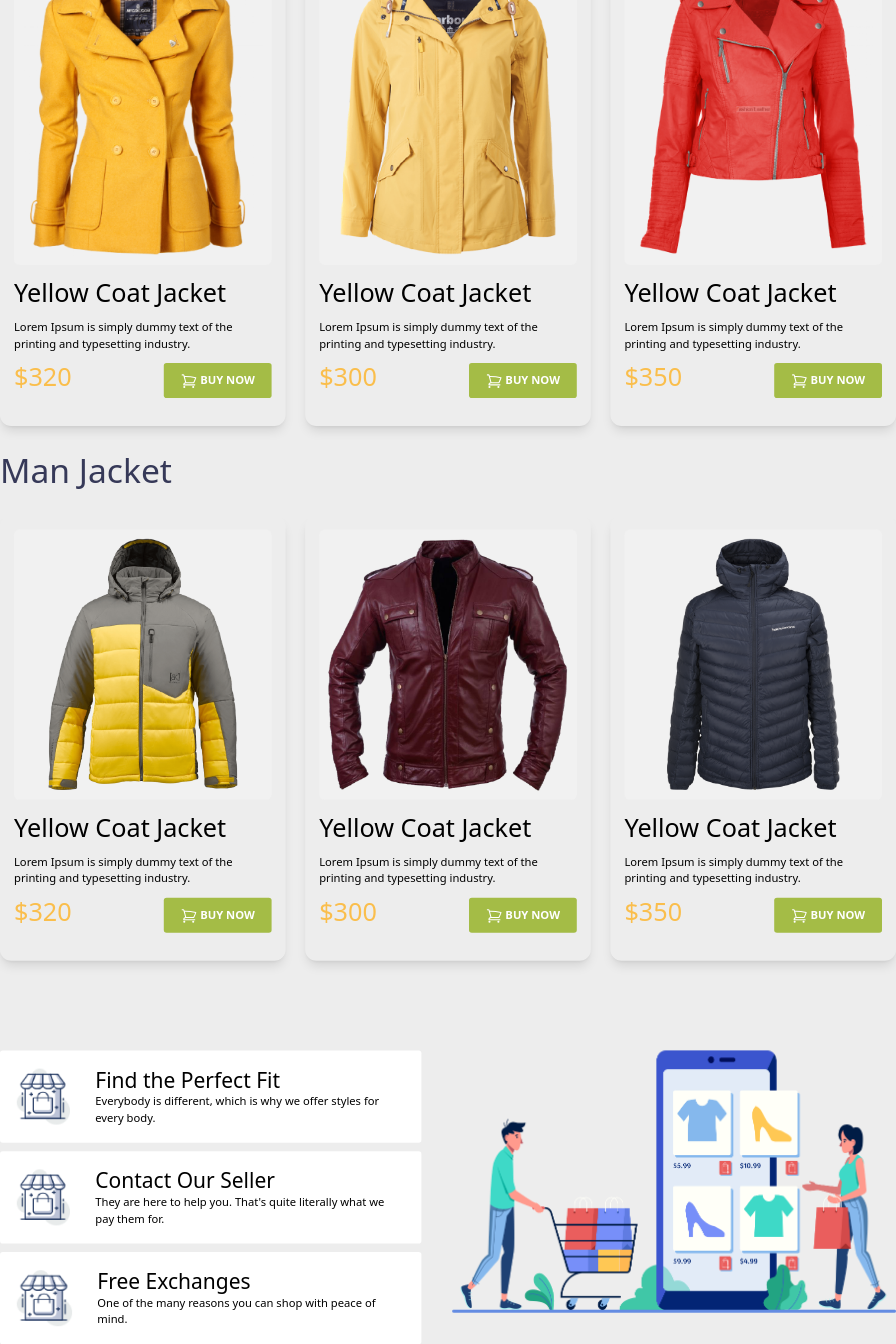
Repository: zjria/penguin-e-commerce-fashion
Page: index.html
These files come from the project's save history. The page is drawn as it stood at one moment and after the next save; the edit follows.
The browser window is 1280 px wide. The pictures show the part of the page from y = 982 to 2902 px (the page is 2902 px tall), at 70% of full size.
Some web libraries are served in a nearby version.

Above is the page before, as saved 2022-10-07 10:12:35.

### index.html
<!DOCTYPE html>
<html lang="en">

<head>
    <meta charset="UTF-8">
    <meta http-equiv="X-UA-Compatible" content="IE=edge">
    <meta name="viewport" content="width=device-width, initial-scale=1.0">
    <title>Penguin E-commerce</title>
    <!-- Google Fonts Link -->
    <link rel="preconnect" href="https://fonts.googleapis.com">
    <link rel="preconnect" href="https://fonts.gstatic.com" crossorigin>
    <link href="https://fonts.googleapis.com/css2?family=Bebas+Neue&family=Roboto:wght@100;300;400;500&display=swap"
        rel="stylesheet">

    <!-- Tailwind CSS CDN link -->
    <script src="https://cdn.tailwindcss.com"></script>
    <script>
        tailwind.config = {
            theme: {
                extend: {
                    colors: {
                        clifford: '#da373d',
                        header_bg: '#FFFBF0',
                        main_text_color: '#363958',
                        price_color: '#FABE4C',
                        card_bg: '#F1F1F1',
                        full_card_bg: '#FFFFFF',
                        main_color: '#EDEDED'
                    }
                }
            }
        }
    </script>
</head>

<body>
    <h2 class="bg-purple-300 text-center font-header_text">Do selfless favor to people</h2>


    <!-- Header Section -->
    <header class="bg-header_bg pb-32 pt-24">
        <section class="container mx-auto uppercase sm:flex items-center justify-around">
            <div class="space-y-3">
                <h1 class="text-2xl sm:text-5xl font-bold font-header_text">
                    <span class="text-yellow-400">Be the Penguins</span> <br>
                    <span class="text-slate-600">of Winter</span>
                </h1>
                <p class="font-anther_text">Lorem Ipsum is simply dummy text of the printing
                    and typesetting industry.</p>
                <button class="uppercase bg-[#A4BC46] py-3 px-6 text-white font-semibold rounded font-anther_text"> <svg
                        xmlns="http://www.w3.org/2000/svg" fill="none" viewBox="0 0 24 24" stroke-width="1.5"
                        stroke="currentColor" class="w-6 h-6 inline text-white">
                        <path stroke-linecap="round" stroke-linejoin="round"
                            d="M2.25 3h1.386c.51 0 .955.343 1.087.835l.383 1.437M7.5 14.25a3 3 0 00-3 3h15.75m-12.75-3h11.218c1.121-2.3 2.1-4.684 2.924-7.138a60.114 60.114 0 00-16.536-1.84M7.5 14.25L5.106 5.272M6 20.25a.75.75 0 11-1.5 0 .75.75 0 011.5 0zm12.75 0a.75.75 0 11-1.5 0 .75.75 0 011.5 0z" />
                    </svg>
                    Buy Now</button>
            </div>
            <div class="pt-8 sm:pt-8">
                <img class=" w-1/2 sm:w-full" src="images/model.png" alt="">
            </div>
        </section>
    </header>

    <!-- Main Section Start -->
    <main class="bg-main_color">
        <!-- Woman Jacket -->
        <section class="container mx-auto">
            <h2 class="text-5xl my-10 text-main_text_color font-header_text">Woman Jacket</h2>
            <div class="grid md:grid-cols-2 lg:grid-cols-3 gap-7">
                <div class="full_card_bg ">
                    <div class="rounded-2xl shadow-lg p-5">
                        <div class="p-3 bg-card_bg rounded-lg">
                            <img src="images/jacket-1.png" alt="">
                        </div>
                        <div class="py-3">
                            <h3 class="text-4xl py-2">Yellow Coat Jacket</h3>
                            <p class="py-2">Lorem Ipsum is simply dummy text of the
                                printing and typesetting industry.</p>
                            <div class="flex justify-between py-2">
                                <h3 class="text-4xl text-price_color">$320</h3>
                                <button
                                    class="uppercase bg-[#A4BC46] py-3 px-6 text-white font-semibold rounded font-anther_text">
                                    <svg xmlns="http://www.w3.org/2000/svg" fill="none" viewBox="0 0 24 24"
                                        stroke-width="1.5" stroke="currentColor" class="w-6 h-6 inline text-white">
                                        <path stroke-linecap="round" stroke-linejoin="round"
                                            d="M2.25 3h1.386c.51 0 .955.343 1.087.835l.383 1.437M7.5 14.25a3 3 0 00-3 3h15.75m-12.75-3h11.218c1.121-2.3 2.1-4.684 2.924-7.138a60.114 60.114 0 00-16.536-1.84M7.5 14.25L5.106 5.272M6 20.25a.75.75 0 11-1.5 0 .75.75 0 011.5 0zm12.75 0a.75.75 0 11-1.5 0 .75.75 0 011.5 0z" />
                                    </svg>
                                    Buy Now</button>
                            </div>
                        </div>
                    </div>
                </div>
                <div class="full_card_bg ">
                    <div class="rounded-2xl shadow-lg p-5">
                        <div class="p-3 bg-card_bg rounded-lg">
                            <img src="images/jacket-2.png" alt="">
                        </div>
                        <div class="py-3">
                            <h3 class="text-4xl py-2">Yellow Coat Jacket</h3>
                            <p class="py-2">Lorem Ipsum is simply dummy text of the
                                printing and typesetting industry.</p>
                            <div class="flex justify-between py-2">
                                <h3 class="text-4xl text-price_color">$300</h3>
                                <button
                                    class="uppercase bg-[#A4BC46] py-3 px-6 text-white font-semibold rounded font-anther_text">
                                    <svg xmlns="http://www.w3.org/2000/svg" fill="none" viewBox="0 0 24 24"
                                        stroke-width="1.5" stroke="currentColor" class="w-6 h-6 inline text-white">
                                        <path stroke-linecap="round" stroke-linejoin="round"
                                            d="M2.25 3h1.386c.51 0 .955.343 1.087.835l.383 1.437M7.5 14.25a3 3 0 00-3 3h15.75m-12.75-3h11.218c1.121-2.3 2.1-4.684 2.924-7.138a60.114 60.114 0 00-16.536-1.84M7.5 14.25L5.106 5.272M6 20.25a.75.75 0 11-1.5 0 .75.75 0 011.5 0zm12.75 0a.75.75 0 11-1.5 0 .75.75 0 011.5 0z" />
                                    </svg>
                                    Buy Now</button>
                            </div>
                        </div>
                    </div>
                </div>
                <div class="full_card_bg ">
                    <div class="rounded-2xl shadow-lg p-5">
                        <div class="p-3 bg-card_bg rounded-lg">
                            <img src="images/jacket-3.png" alt="">
                        </div>
                        <div class="py-3">
                            <h3 class="text-4xl py-2">Yellow Coat Jacket</h3>
                            <p class="py-2">Lorem Ipsum is simply dummy text of the
                                printing and typesetting industry.</p>
                            <div class="flex justify-between py-2">
                                <h3 class="text-4xl text-price_color">$350</h3>
                                <button
                                    class="uppercase bg-[#A4BC46] py-3 px-6 text-white font-semibold rounded font-anther_text">
                                    <svg xmlns="http://www.w3.org/2000/svg" fill="none" viewBox="0 0 24 24"
                                        stroke-width="1.5" stroke="currentColor" class="w-6 h-6 inline text-white">
                                        <path stroke-linecap="round" stroke-linejoin="round"
                                            d="M2.25 3h1.386c.51 0 .955.343 1.087.835l.383 1.437M7.5 14.25a3 3 0 00-3 3h15.75m-12.75-3h11.218c1.121-2.3 2.1-4.684 2.924-7.138a60.114 60.114 0 00-16.536-1.84M7.5 14.25L5.106 5.272M6 20.25a.75.75 0 11-1.5 0 .75.75 0 011.5 0zm12.75 0a.75.75 0 11-1.5 0 .75.75 0 011.5 0z" />
                                    </svg>
                                    Buy Now</button>
                            </div>
                        </div>
                    </div>
                </div>


            </div>

        </section>

        <!-- Man Jacket -->
        <section class="container mx-auto">
            <h2 class="text-5xl my-10 text-main_text_color font-header_text">Man Jacket</h2>
            <div class="grid md:grid-cols-2 lg:grid-cols-3 gap-7">
                <div class="full_card_bg ">
                    <div class="rounded-2xl shadow-lg p-5">
                        <div class="p-3 bg-card_bg rounded-lg">
                            <img src="images/jacket-4.png" alt="">
                        </div>
                        <div class="py-3">
                            <h3 class="text-4xl py-2">Yellow Coat Jacket</h3>
                            <p class="py-2">Lorem Ipsum is simply dummy text of the
                                printing and typesetting industry.</p>
                            <div class="flex justify-between py-2">
                                <h3 class="text-4xl text-price_color">$320</h3>
                                <button
                                    class="uppercase bg-[#A4BC46] py-3 px-6 text-white font-semibold rounded font-anther_text">
                                    <svg xmlns="http://www.w3.org/2000/svg" fill="none" viewBox="0 0 24 24"
                                        stroke-width="1.5" stroke="currentColor" class="w-6 h-6 inline text-white">
                                        <path stroke-linecap="round" stroke-linejoin="round"
                                            d="M2.25 3h1.386c.51 0 .955.343 1.087.835l.383 1.437M7.5 14.25a3 3 0 00-3 3h15.75m-12.75-3h11.218c1.121-2.3 2.1-4.684 2.924-7.138a60.114 60.114 0 00-16.536-1.84M7.5 14.25L5.106 5.272M6 20.25a.75.75 0 11-1.5 0 .75.75 0 011.5 0zm12.75 0a.75.75 0 11-1.5 0 .75.75 0 011.5 0z" />
                                    </svg>
                                    Buy Now</button>
                            </div>
                        </div>
                    </div>
                </div>
                <div class="full_card_bg ">
                    <div class="rounded-2xl shadow-lg p-5">
                        <div class="p-3 bg-card_bg rounded-lg">
                            <img src="images/jacket-5.png" alt="">
                        </div>
                        <div class="py-3">
                            <h3 class="text-4xl py-2">Yellow Coat Jacket</h3>
                            <p class="py-2">Lorem Ipsum is simply dummy text of the
                                printing and typesetting industry.</p>
                            <div class="flex justify-between py-2">
                                <h3 class="text-4xl text-price_color">$300</h3>
                                <button
                                    class="uppercase bg-[#A4BC46] py-3 px-6 text-white font-semibold rounded font-anther_text">
                                    <svg xmlns="http://www.w3.org/2000/svg" fill="none" viewBox="0 0 24 24"
                                        stroke-width="1.5" stroke="currentColor" class="w-6 h-6 inline text-white">
                                        <path stroke-linecap="round" stroke-linejoin="round"
                                            d="M2.25 3h1.386c.51 0 .955.343 1.087.835l.383 1.437M7.5 14.25a3 3 0 00-3 3h15.75m-12.75-3h11.218c1.121-2.3 2.1-4.684 2.924-7.138a60.114 60.114 0 00-16.536-1.84M7.5 14.25L5.106 5.272M6 20.25a.75.75 0 11-1.5 0 .75.75 0 011.5 0zm12.75 0a.75.75 0 11-1.5 0 .75.75 0 011.5 0z" />
                                    </svg>
                                    Buy Now</button>
                            </div>
                        </div>
                    </div>
                </div>
                <div class="full_card_bg ">
                    <div class="rounded-2xl shadow-lg p-5">
                        <div class="p-3 bg-card_bg rounded-lg">
                            <img src="images/jacket-6.png" alt="">
                        </div>
                        <div class="py-3">
                            <h3 class="text-4xl py-2">Yellow Coat Jacket</h3>
                            <p class="py-2">Lorem Ipsum is simply dummy text of the
                                printing and typesetting industry.</p>
                            <div class="flex justify-between py-2">
                                <h3 class="text-4xl text-price_color">$350</h3>
                                <button
                                    class="uppercase bg-[#A4BC46] py-3 px-6 text-white font-semibold rounded font-anther_text">
                                    <svg xmlns="http://www.w3.org/2000/svg" fill="none" viewBox="0 0 24 24"
                                        stroke-width="1.5" stroke="currentColor" class="w-6 h-6 inline text-white">
                                        <path stroke-linecap="round" stroke-linejoin="round"
                                            d="M2.25 3h1.386c.51 0 .955.343 1.087.835l.383 1.437M7.5 14.25a3 3 0 00-3 3h15.75m-12.75-3h11.218c1.121-2.3 2.1-4.684 2.924-7.138a60.114 60.114 0 00-16.536-1.84M7.5 14.25L5.106 5.272M6 20.25a.75.75 0 11-1.5 0 .75.75 0 011.5 0zm12.75 0a.75.75 0 11-1.5 0 .75.75 0 011.5 0z" />
                                    </svg>
                                    Buy Now</button>
                            </div>
                        </div>
                    </div>
                </div>
            </div>
        </section>
        <!-- ‍Shopping Section Start -->
        <section class="container mx-auto mt-32">
            <div class="grid grid-cols-2 gap-3">
                <div class="bg-white rounded flex p-6 justify-center items-center mr-8">
                    <img class="w-20 h-20" src="images/house.png" alt="">
                    <div class="text pl-9">
                        <h4 class="text-3xl">Find the Perfect Fit</h4>
                        <p>Everybody is different, which is why we
                            offer styles for every body.</p>
                    </div>
                </div>
                <div class="row-span-3">
                    <img src="images/shopping.png" alt="">
                </div>

                <div class="bg-white rounded flex p-6 justify-center items-center mr-8">
                    <img class="w-20 h-20" src="images/house.png" alt="">
                    <div class="text pl-9">
                        <h4 class="text-3xl">Contact Our Seller</h4>
                        <p>They are here to help you. That's quite
                            literally what we pay them for.</p>
                    </div>
                </div>
                <div class="bg-white rounded flex p-6 justify-center items-center mr-8">
                    <img class="w-20 h-20" src="images/house.png" alt="">
                    <div class="text pl-9">
                        <h4 class="text-3xl">Free Exchanges</h4>
                        <p>One of the many reasons you can shop
                            with peace of mind.</p>
                    </div>
                </div>
            </div>
        </section>
    </main>

</body>

</html>

After the next save:
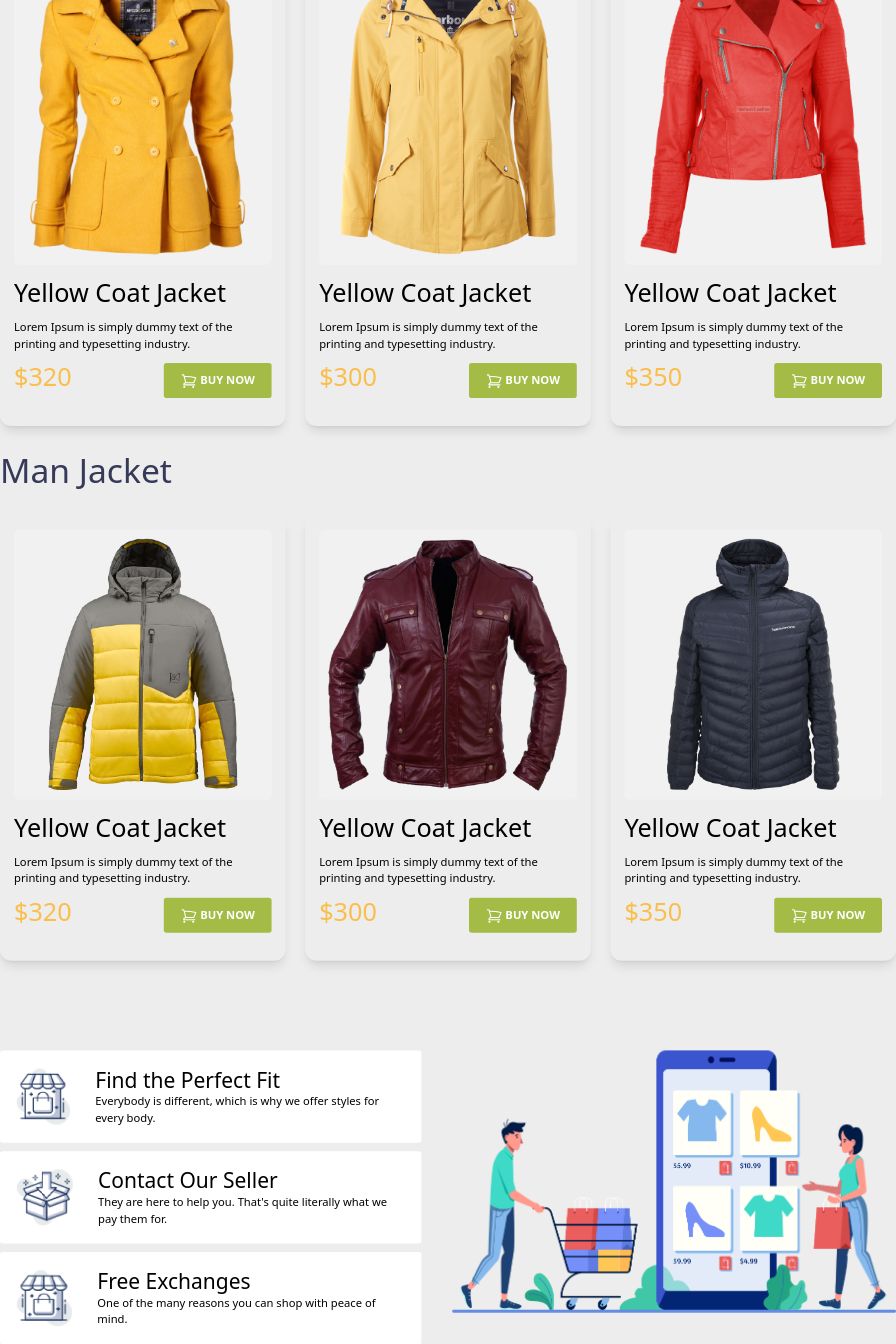
Saved 2 min 16 s later.
--- a/index.html
+++ b/index.html
@@ -233,7 +233,7 @@
                 </div>
 
                 <div class="bg-white rounded flex p-6 justify-center items-center mr-8">
-                    <img class="w-20 h-20" src="images/house.png" alt="">
+                    <img class="w-20 h-20" src="images/box.png" alt="">
                     <div class="text pl-9">
                         <h4 class="text-3xl">Contact Our Seller</h4>
                         <p>They are here to help you. That's quite
